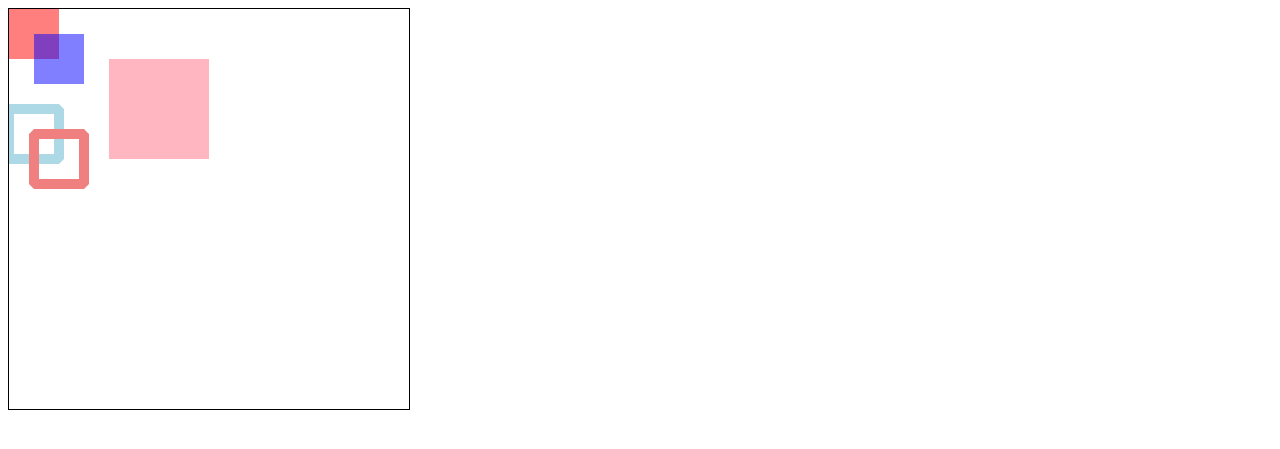
Repository: Jhin7782/HBuilder-Projects
Page: 【JS高程3】/15`使用Canvas绘图/15.2 2D上下文/15.2.2 绘制矩形/index.html
These files come from the project's save history. The page is drawn as it stood at one moment and after the next save; the edit follows.
The browser window is 1280 px wide. The pictures show the whole page.

Above is the page before, as saved 2017-06-09 06:19:30.

After the next save:
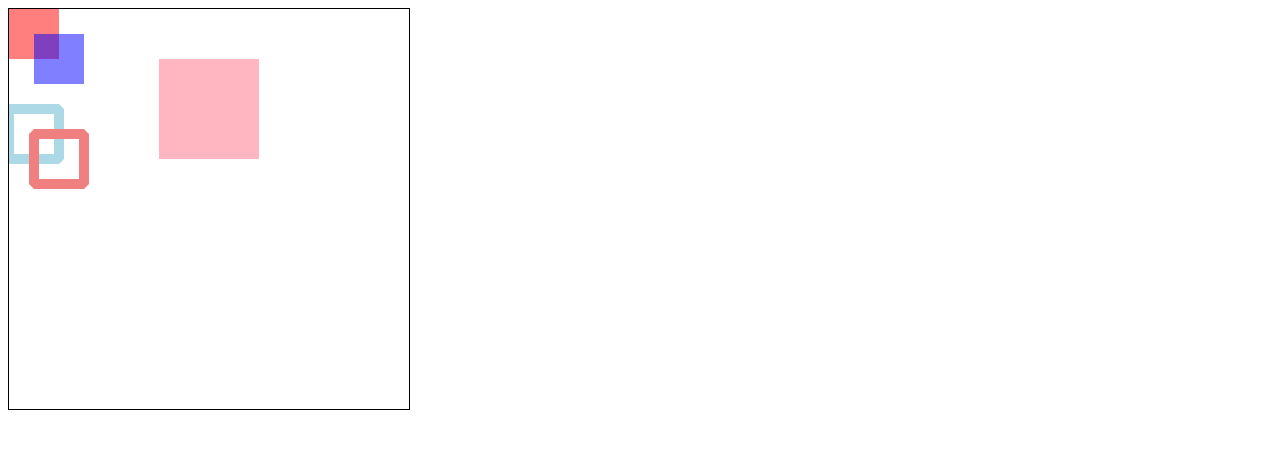
Saved 20 s later.
--- a/【JS高程3】/15`使用Canvas绘图/15.2 2D上下文/15.2.2 绘制矩形/index.html
+++ b/【JS高程3】/15`使用Canvas绘图/15.2 2D上下文/15.2.2 绘制矩形/index.html
@@ -34,7 +34,7 @@
 				context.strokeRect(25, 125, 50, 50);
 				//clearRect();
 				context.fillStyle = "lightpink";
-				context.fillRect(100, 50, 100, 100);
+				context.fillRect(150, 50, 100, 100);
 			}
 		</script>
 	</body>
